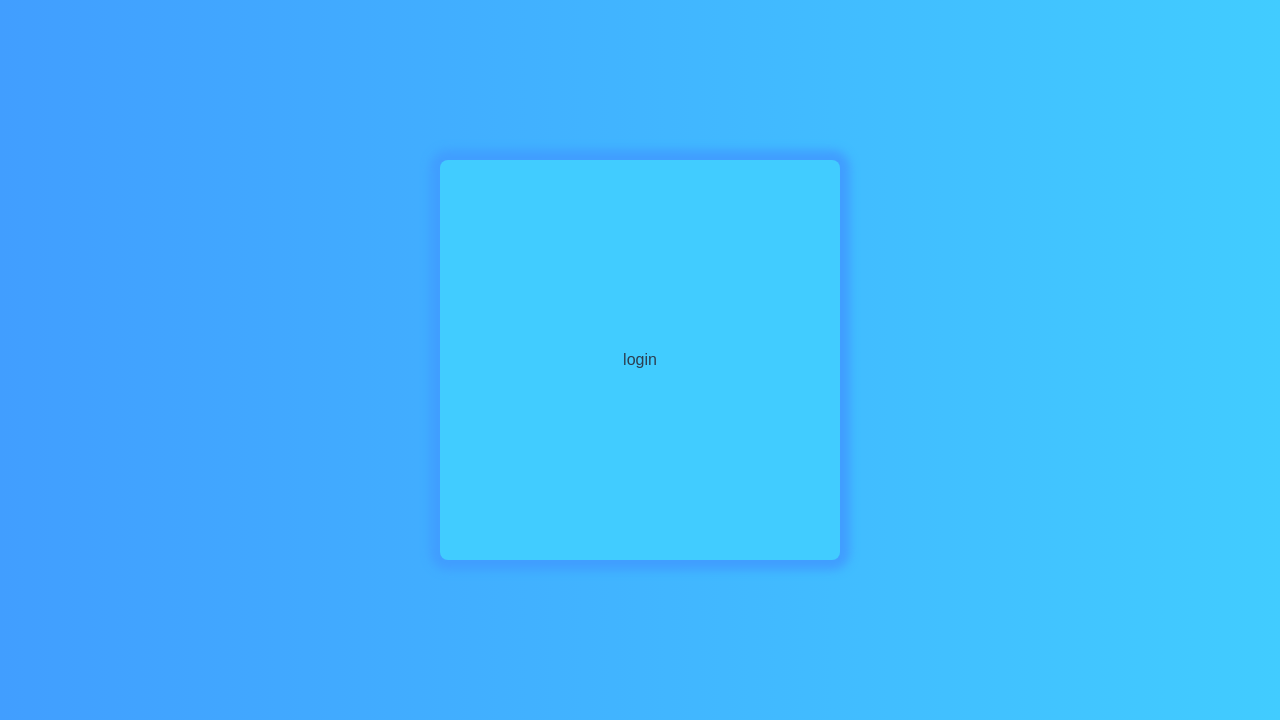
Repository: omsGroup/oms
Page: /#/systemSetting
These files come from the project's save history. The page is drawn as it stood at one moment and after the next save; the edit follows.
The browser window is 1280 px wide. The pictures show the whole page.
The project was rebuilt for these pictures with package versions that can differ from the ones it lists, and the page was loaded fresh each time.

Above is the page before, as saved 2018-09-02 20:55:36.

After the next save:
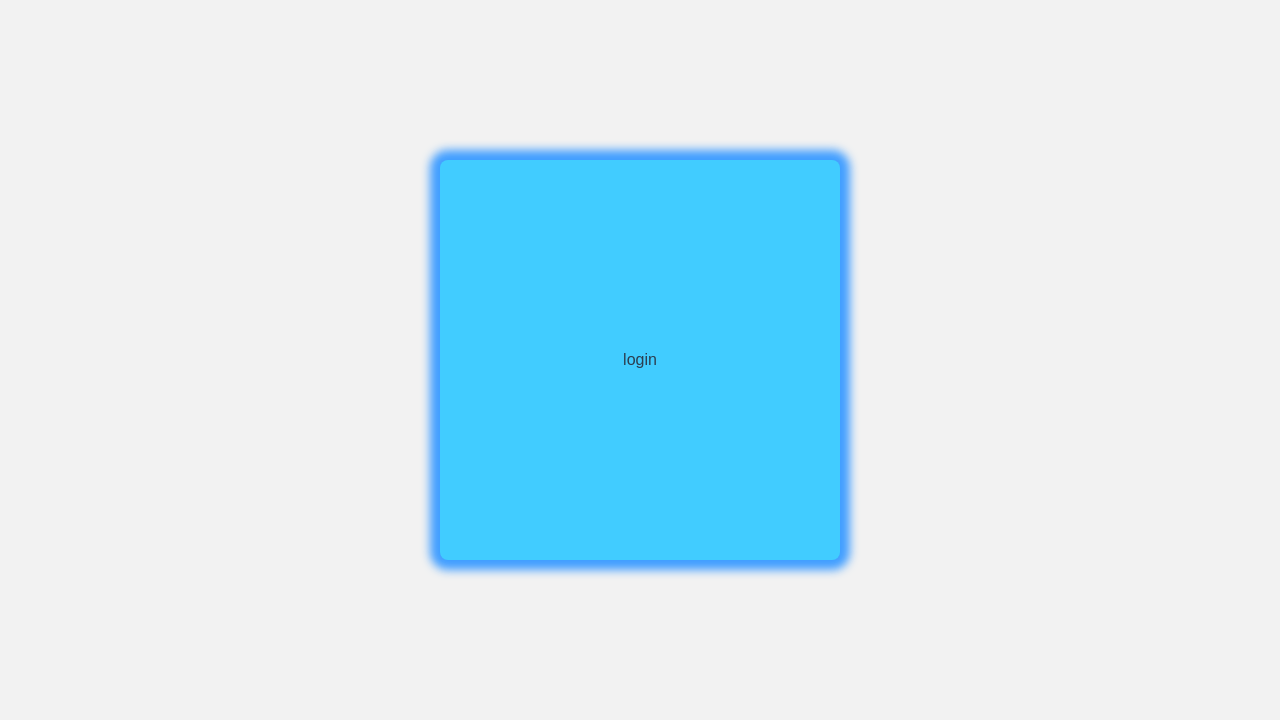
Saved 98 s later.
--- a/src/components/login.vue
+++ b/src/components/login.vue
@@ -50,7 +50,8 @@ export default {
     .login-pages {
         width: 100%;
         height: 100%;
-        background: linear-gradient(90deg,#419eff,#41ccff);
+        // background: linear-gradient(90deg,#419eff,#41ccff);
+        background:#f2f2f2;
         .login-box{
             width: 400px;
             height:400px;
